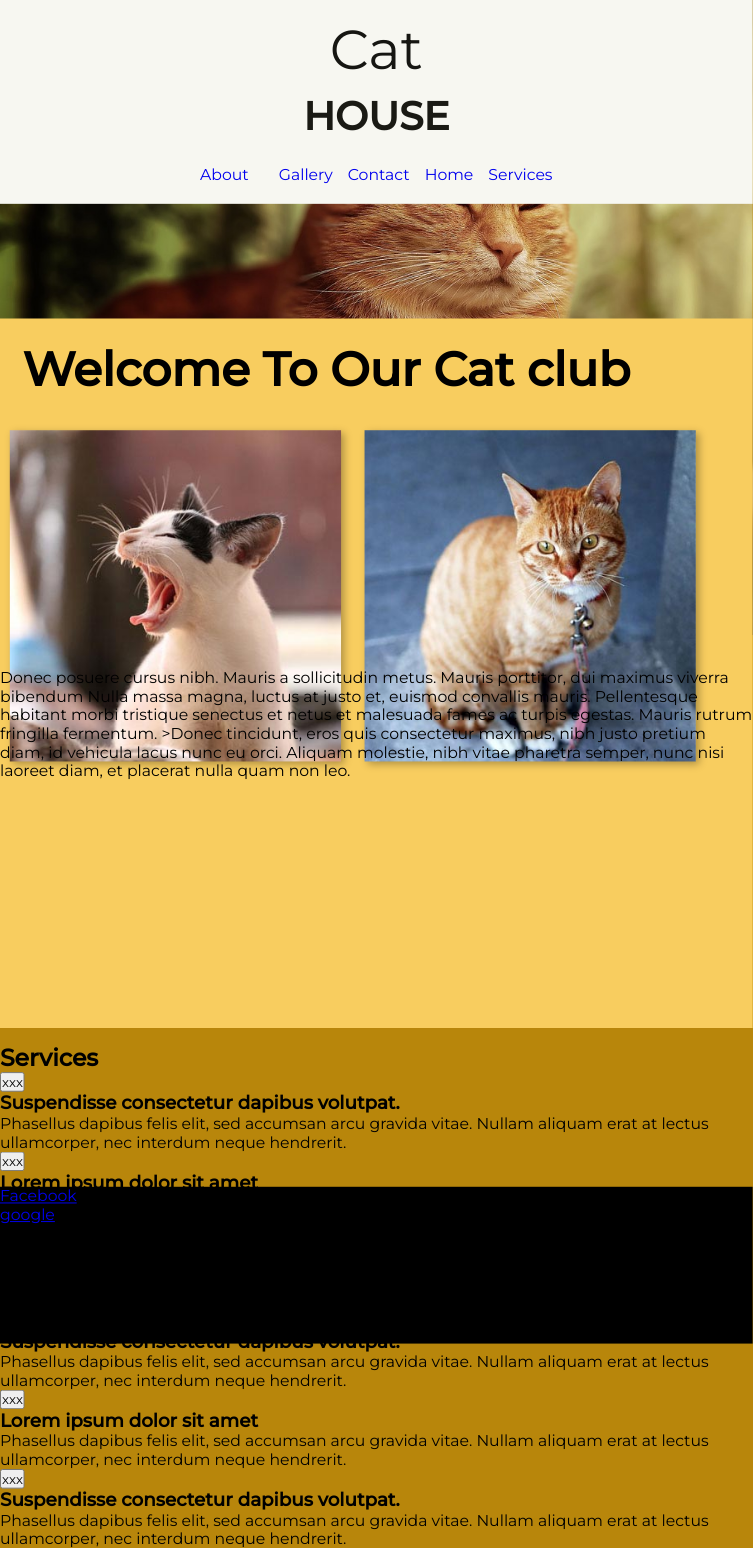
Repository: raul4264/final
Page: index.html
The author's editor kept a copy of each file at every save. The page is drawn from the files as they stood at one save, then again after the next save.
The browser window is 768 px wide. The pictures show the whole page, at 98% of full size.

Above is the page before, as saved 2021-03-28 14:18:45.

After the next save:
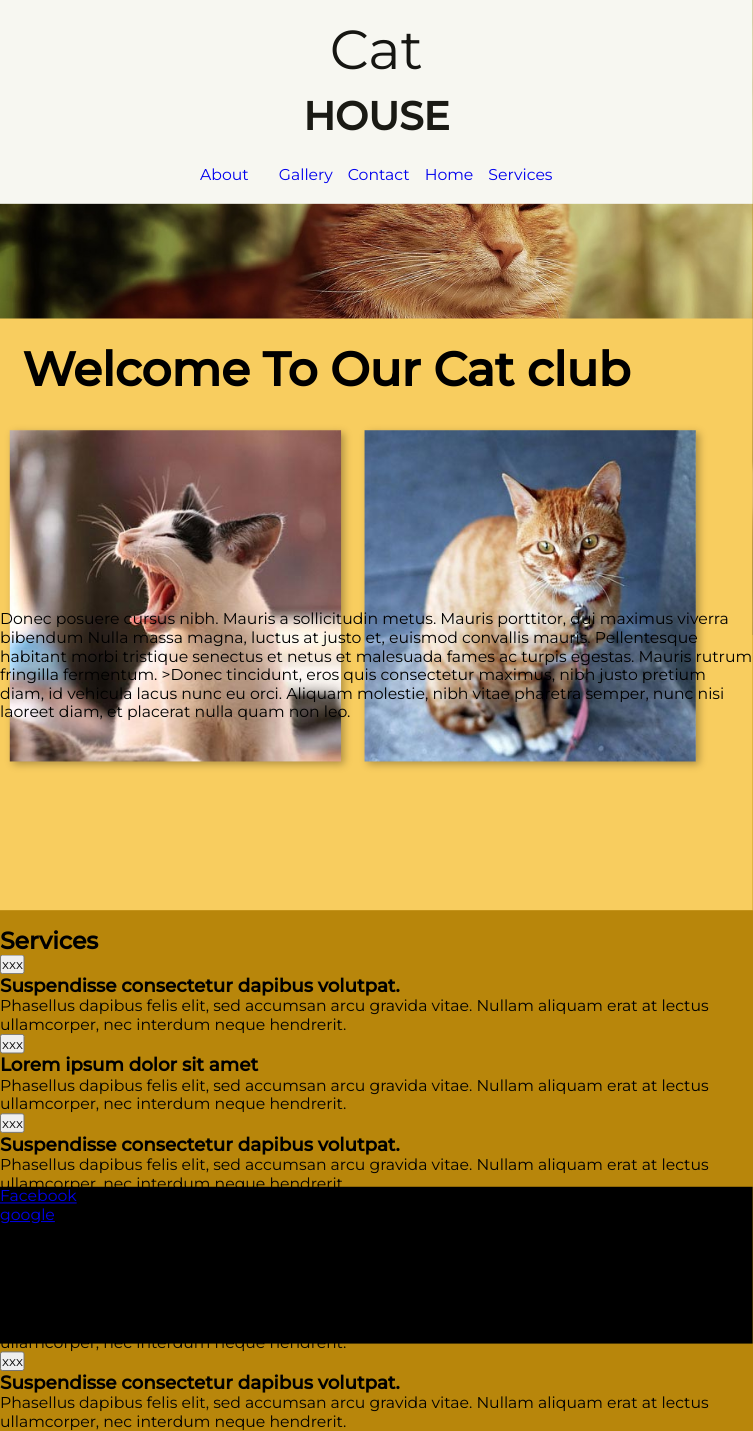
Saved 11 s later.
--- a/css/estilos.css
+++ b/css/estilos.css
@@ -387,7 +387,7 @@
         /* background-color: rgb(197, 197, 214); */
     }
     .cards {
-       height: 600px;
+       height: 60vh;
         grid-column-start: 1;
         grid-column-end: 2;
         grid-row-start: 1;
